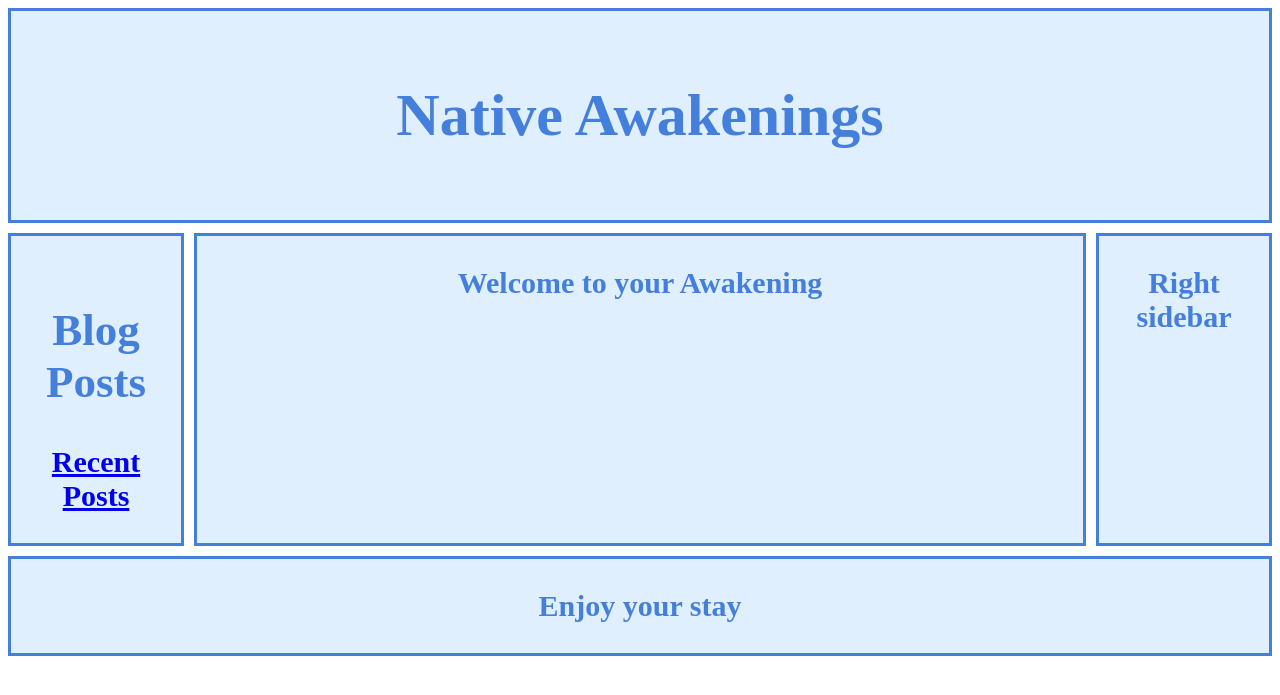
Repository: Gregg-Hendrix/blog-project
Page: index.html
The author's editor kept a copy of each file at every save. The page is drawn from the files as they stood at one save, then again after the next save.
The browser window is 1280 px wide. The pictures show the whole page.

Above is the page before, as saved 2021-03-15 14:08:16.

After the next save:
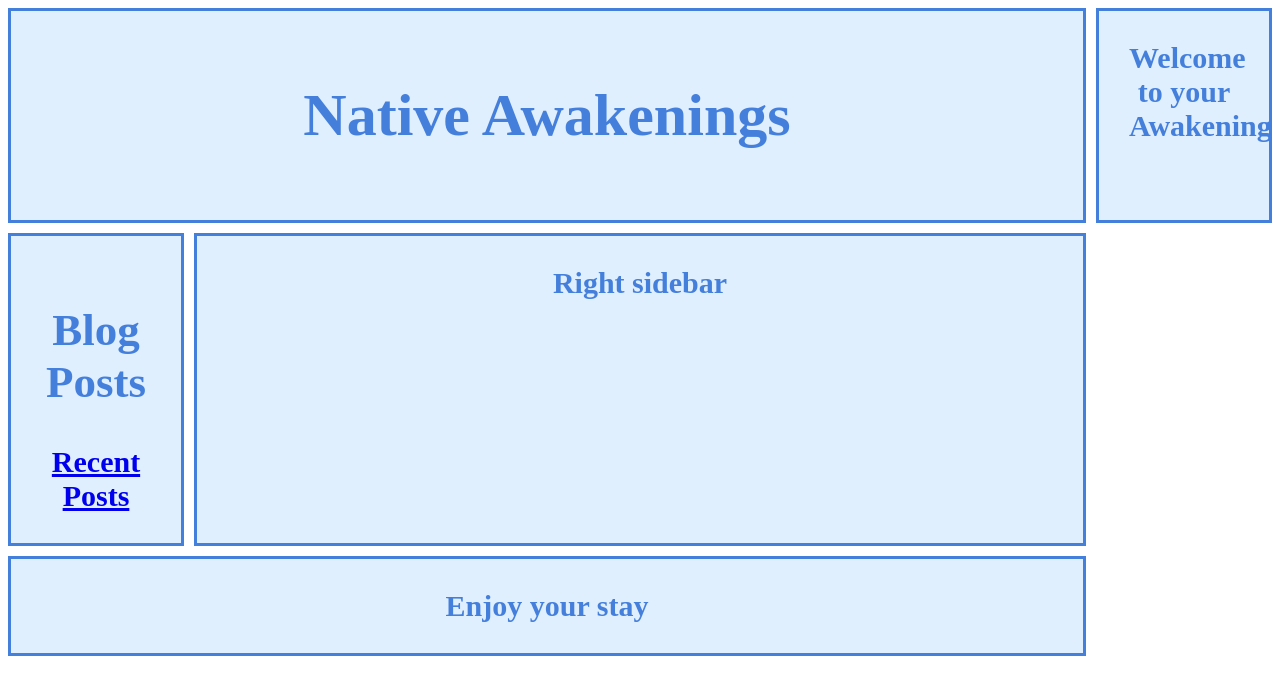
Saved 119 s later.
--- a/stylesheet.css
+++ b/stylesheet.css
@@ -16,7 +16,7 @@
 }
 header,
 footer {
-  grid-column: 1 / span 3;
+  grid-column: 1 / span 2;
 }
 .left-sidebar {
   grid-area: 2 / 1;

After the save that followed:
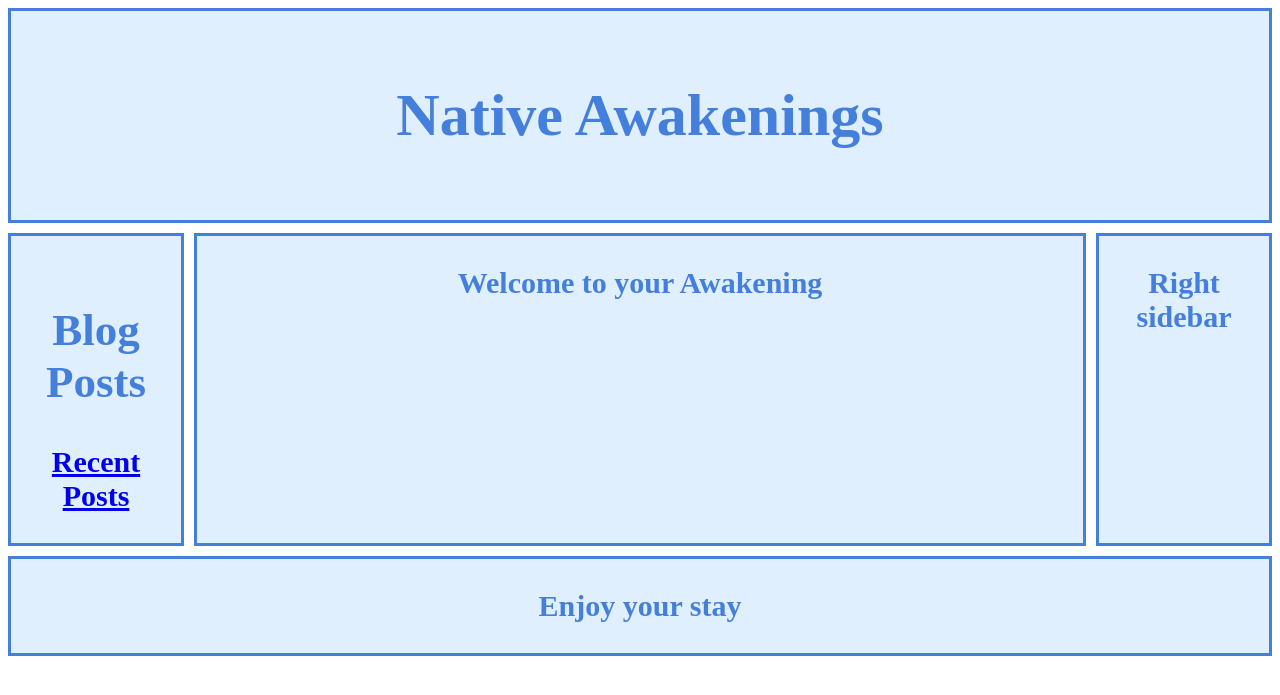
Saved 4 s later.
--- a/stylesheet.css
+++ b/stylesheet.css
@@ -16,7 +16,7 @@
 }
 header,
 footer {
-  grid-column: 1 / span 2;
+  grid-column: 1 / span 3;
 }
 .left-sidebar {
   grid-area: 2 / 1;
